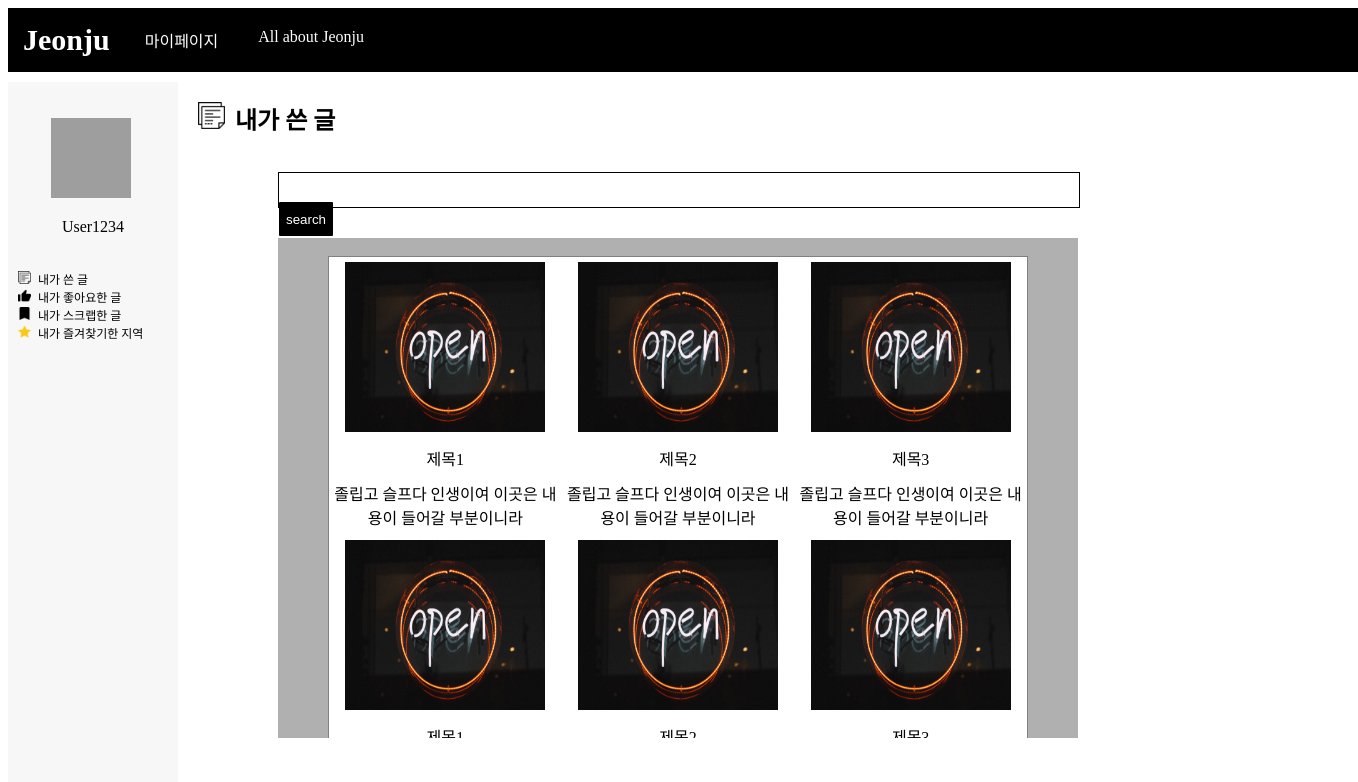
Repository: wka99/WEB-PROJECT
Page: http://localhost/Jeonju/UserPage.html
An editor plug-in stored every save of this project. The page is shown before and after the next save, followed by the edit.
The browser window is 1280 px wide. The page is 1358 px wide, so the pictures cover 1358 px, including what lies to the right of the window. The pictures show the whole page.
Pictures or frames that could not be fetched are drawn as grey boxes. An inner scrolling area shows only its first screen. Some web libraries are served in a nearby version. The page is served by Tomcat 9.

Above is the page before, as saved 2018-12-03 08:16:01.

After the next save:
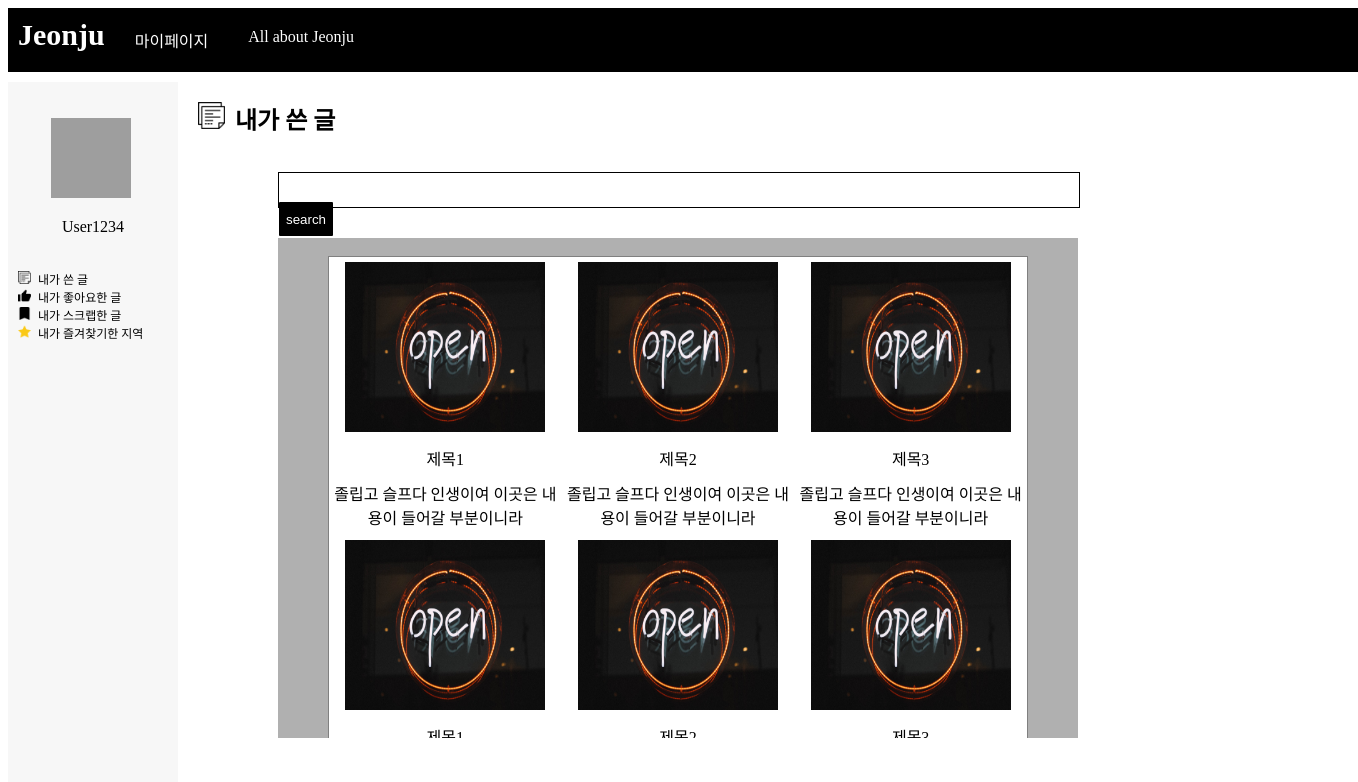
Saved 36 s later.
--- a/Jeonju/WebContent/NewFile.css
+++ b/Jeonju/WebContent/NewFile.css
@@ -30,7 +30,7 @@
     	display:block;
     	color:white;
     	text-align:center;
-    	padding:15px;
+    	padding:10px;
     	text-decoration:none;
     	font-size:30px;
     }
